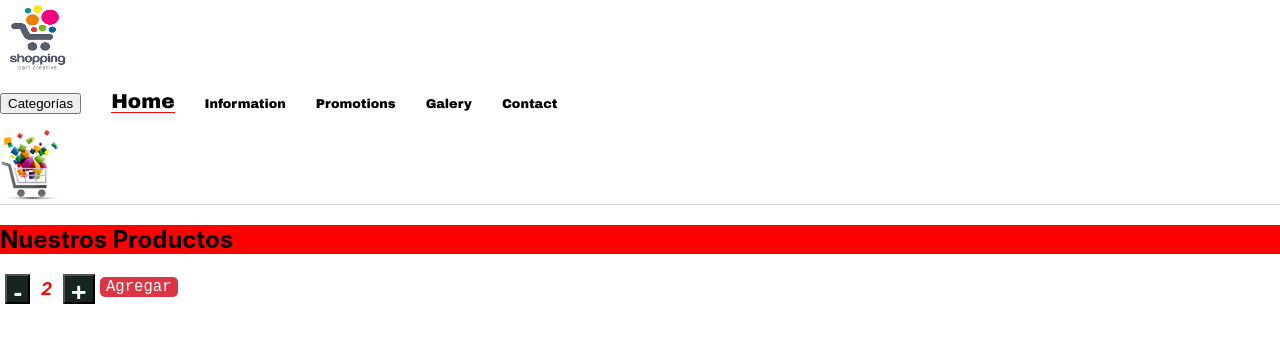
Repository: gustavomanuelquintana/CoderRepository
Page: / (app in cards-commers/)
An editor plug-in stored every save of this project. The page is shown before and after the next save, followed by the edit.
The browser window is 1280 px wide. The pictures show the whole page.
The project was rebuilt for these pictures with package versions that can differ from the ones it lists, and the page was loaded fresh each time. Also part of the build but not shown: cards-commers/src/Components/ItemListContainer/ItemList/ItemList.css.

Above is the page before, as saved 2020-10-31 13:32:36.

After the next save:
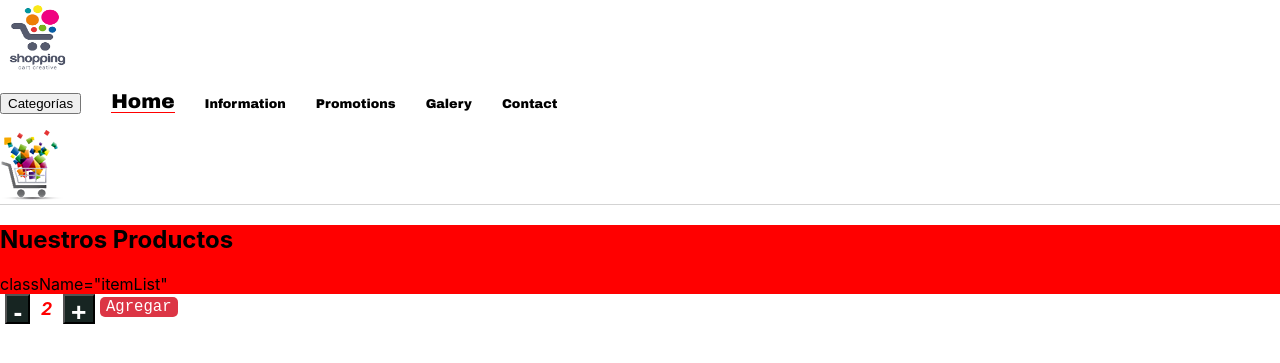
Saved 32 s later.
--- a/cards-commers/src/Components/ItemListContainer/ItemList/ItemList.js
+++ b/cards-commers/src/Components/ItemListContainer/ItemList/ItemList.js
@@ -6,7 +6,9 @@ import './ItemList.css';
 
 
 function ItemList({items}){
-return <div></div>
+return <div> className="itemList"
+
+     </div>
 }
 
 
